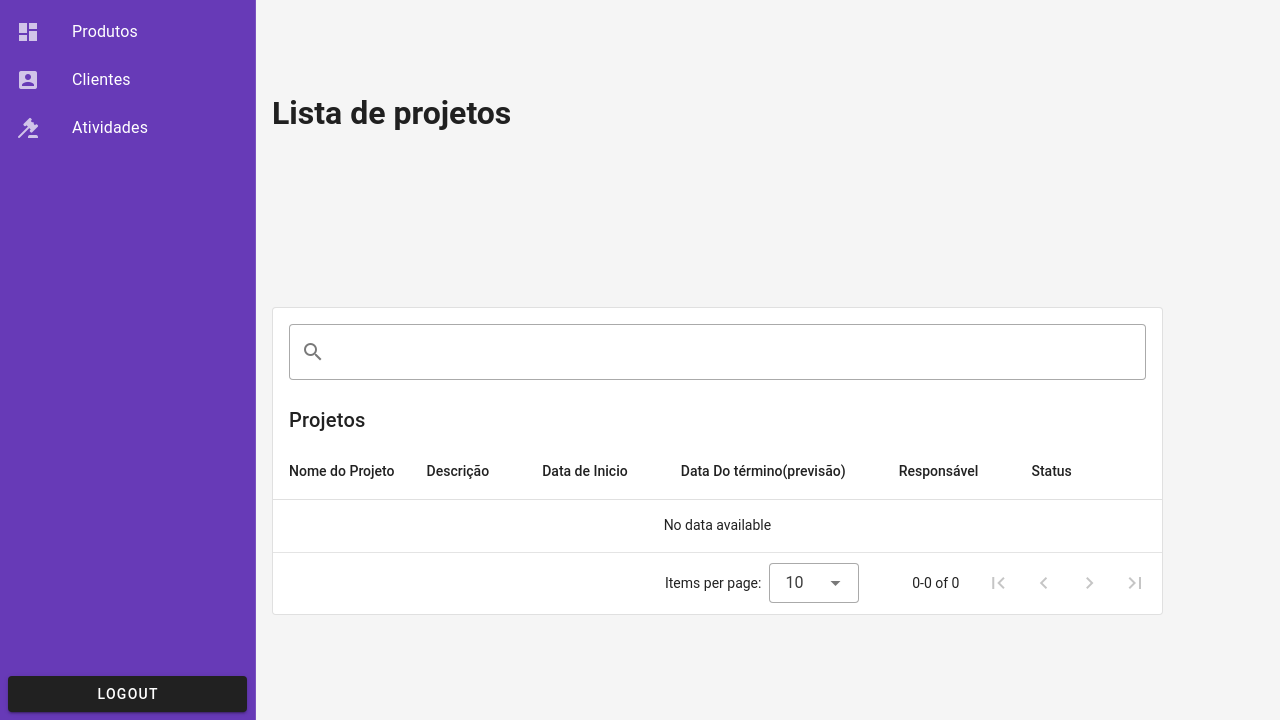
Repository: NtiSilva/Front_AG
Page: /products
The author's editor kept a copy of each file at every save. The page is drawn from the files as they stood at one save, then again after the next save.
The browser window is 1280 px wide. The pictures show the whole page.
The page's requests for data from a server got no answer. The project was rebuilt for these pictures with package versions that can differ from the ones it lists, and the page was loaded fresh each time. No one was signed in, and anything a server would have sent is missing. Also part of the build but not shown: vite.config.mjs, src/components/Alert.vue, src/components/Atividades/FormActivities.vue, src/components/Atividades/index.vue, src/components/Clientes/FormClient.vue, src/components/Dialog.vue, src/components/DialogRemove.vue, src/components/Clientes/ListClients.vue and 9 more.

Above is the page before, as saved 2024-06-19 19:13:06.

### src/main.js
import { createApp } from "vue";

import { registerPlugins } from "@/plugins";
import "./plugins/axios";

import App from "./App.vue";
import store from "./store";

const app = createApp(App).use(store);

registerPlugins(app);

app.mount("#app");

### src/plugins/axios.js
import axios from "axios";

axios.defaults.baseURL = import.meta.env.VITE_API_URL;

### src/App.vue
<template>
  <v-app>
    <v-navigation-drawer
      class="bg-deep-purple"
      theme="dark"
      permanent
    >
      <v-list color="transparent">
        <v-list-item prepend-icon="mdi-view-dashboard" title="Produtos" @click="navigateTo('/products')"></v-list-item>
        <v-list-item prepend-icon="mdi-account-box" title="Clientes" @click="navigateTo('/clients')"></v-list-item>
        <v-list-item prepend-icon="mdi-gavel" title="Atividades" @click="navigateTo('/activies')"></v-list-item>
      </v-list>

      <template v-slot:append>
        <div class="pa-2">
          <v-btn block @click="logout">
            Logout
          </v-btn>
        </div>
      </template>
    </v-navigation-drawer>

    <v-main class="main-content">
      <router-view />
    </v-main>
  </v-app>
</template>

<script>
export default {
  name: 'App',
  methods: {
    navigateTo(route) {
      this.$router.push(route);
    },
    logout() {
      // lógica para logout
    },
  },
};
</script>

<style>
html, body, #app {
  height: 100%;
  margin: 0;
}

.v-application {
  height: 100%;
}

.v-main {
  display: flex;
  flex-direction: column;
  height: 100%;
  background-color: #f5f5f5;
}

.v-navigation-drawer {
  height: 100%;
}
</style>

### src/store/index.js
import { createStore } from "vuex";
import activities from "./activities";
import clients from "./clients";
import productsModule from "./products";

export default createStore({
  modules: {
    activities,
    clients,
    productsModule,
  },
});

### src/plugins/vuetify.js
/**
 * plugins/vuetify.js
 *
 * Framework documentation: https://vuetifyjs.com`
 */

// Styles
import "@mdi/font/css/materialdesignicons.css";
import "vuetify/styles";

// Composables
import { createVuetify } from "vuetify";

// https://vuetifyjs.com/en/introduction/why-vuetify/#feature-guides
export default createVuetify({
  // theme: {
  //   defaultTheme: "",
  // },
});

### src/router/index.js
import { createRouter, createWebHistory } from "vue-router";
import Products from "@/pages/Products.vue";
import Activities from "@/pages/Activities.vue";
import Clients from "@/pages/Clients.vue";
import Home from "@/pages/HomePage.vue";

const routes = [
  {
    path: "/",
    name: "Home",
    component: Home,
  },
  {
    path: "/clients",
    name: "Clients",
    component: Clients,
  },
  {
    path: "/activities",
    name: "Activities",
    component: Activities,
  },
  {
    path: "/products",
    name: "Products",
    component: Products,
  },
];

const router = createRouter({
  history: createWebHistory(process.env.BASE_URL),
  routes,
});

export default router;

### src/store/activities.js
export default {
  state: {
    // state for module 1
  },
  mutations: {
    // mutations for module 1
  },
  actions: {
    // actions for module 1
  },
  getters: {
    // getters for module 1
  },
};

### src/store/clients.js
export default {
  state: {
    // state for module 1
  },
  mutations: {
    // mutations for module 1
  },
  actions: {
    // actions for module 1
  },
  getters: {
    // getters for module 1
  },
};

### src/store/products.js
import {
  getProducts,
  getProductById,
  createProduct,
  updateProduct,
  deleteProduct,
} from "@/services/productsServices";

const state = {
  products: [],
};

const mutations = {
  SET_PRODUCTS(state, products) {
    state.products = products;
  },
};

const actions = {
  testeAction({ commit }) {
    console.log("commit", commit);
  },
  async fetchProducts({ commit }) {
    console.log("buscou");
    try {
      const products = await getProducts(); // Chame a função getProducts()
      console.log("entrrou", products);
      commit("SET_PRODUCTS", products); // Corrija o nome do commit
    } catch (error) {
      console.error("Error fetching products:", error);
    }
  },
  async addProduct({ dispatch }, productData) {
    try {
      await createProduct(productData);
      dispatch("fetchProducts");
    } catch (error) {
      console.error("Error adding product:", error);
    }
  },
  async updateProduct({ dispatch }, { productId, productData }) {
    try {
      await updateProduct(productId, productData);
      dispatch("fetchProducts");
    } catch (error) {
      console.error("Error updating product:", error);
    }
  },
  async removeProduct({ dispatch }, productId) {
    try {
      await deleteProduct(productId);
      dispatch("fetchProducts");
    } catch (error) {
      console.error("Error removing product:", error);
    }
  },
};

const getters = {
  // Getters for products module
  getProductById: (state) => (productId) => {
    return state.products.find((product) => product.id === productId);
  },
};

const productsModule = {
  namespaced: true,
  state,
  mutations,
  actions,
  getters,
};

export default productsModule;

### src/pages/Products.vue
<template>
  <v-container class="fill-height">


        <h1 class="mb-6 text-brand">Lista de projetos</h1>

        <v-card flat class="border mb-4">
          <div class="d-flex justify-space-between">
            <v-card-title>Projetos</v-card-title>
            <created-client></created-client>
          </div>
          <template v-slot:text>
            <v-text-field
              v-model="search"
              label="Search"
              prepend-inner-icon="mdi-magnify"
              variant="outlined"
              hide-details
              single-line
            ></v-text-field>
          </template>

          <v-data-table
            :headers="headers"
            :items="products"
            :search="search"
          >

        </v-data-table>
        </v-card>


  </v-container>
</template>

<script>
import { mapState, mapActions } from 'vuex';

export default {
  name: "DashProducts",
  data() {
    return {
      headers: [
      {
        align: 'start',
        key: 'project_name',
        sortable: false,
        title: 'Nome do Projeto',
      },
      { key: 'project_description', title: 'Descrição' },
      { key: 'dt_init', title: 'Data de Inicio' },
      { key: 'dt_end', title: 'Data Do término(previsão)' },
      { key: 'client.name', title: 'Responsável' },
      { key: 'status', title: 'Status' },
      { key: 'config', title: ''},

    ]

    }
  },
  computed: {
    ...mapState('productsModule',['products'])
  },
  methods: {
    ...mapActions('productsModule',['fetchProducts', 'testeAction'])
  },
  mounted() {
    console.log('saiu')
    console.log('this', this.$store)
    this.testeAction();
    this.fetchProducts();
  }
};
</script>

### src/services/productsServices.js
// productsService.js
import axios from "axios";

const baseURL = "/project"; // Base URL for product endpoints

const getProducts = async () => {
  console.log("get");
  try {
    const response = await axios.get(`${baseURL}/all`);
    return response.data;
  } catch (error) {
    console.error("Erro ao buscar produtos:", error);
    throw error;
  }
};

const getProductById = async (productId) => {
  try {
    const response = await axios.get(`${baseURL}/${productId}`);
    return response.data;
  } catch (error) {
    console.error(`Erro ao buscar produto com ID ${productId}:`, error);
    throw error;
  }
};

const createProduct = async (productData) => {
  try {
    const response = await axios.post(`${baseURL}/add`, productData);
    return response.data;
  } catch (error) {
    console.error("Erro ao criar produto:", error);
    throw error;
  }
};

const updateProduct = async (productId, productData) => {
  try {
    const response = await axios.put(
      `${baseURL}/edit/${productId}`,
      productData
    );
    return response.data;
  } catch (error) {
    console.error(`Erro ao atualizar projeto com ID ${productId}:`, error);
    throw error;
  }
};

const deleteProduct = async (productId) => {
  try {
    const response = await axios.delete(`${baseURL}/delete/${productId}`);
    return response.data;
  } catch (error) {
    console.error(`Erro ao deletar projeto com ID ${productId}:`, error);
    throw error;
  }
};

export {
  getProducts,
  getProductById,
  createProduct,
  updateProduct,
  deleteProduct,
};

Loaded but not shown: index.html (common file); src/plugins/index.js (common file)

After the next save:
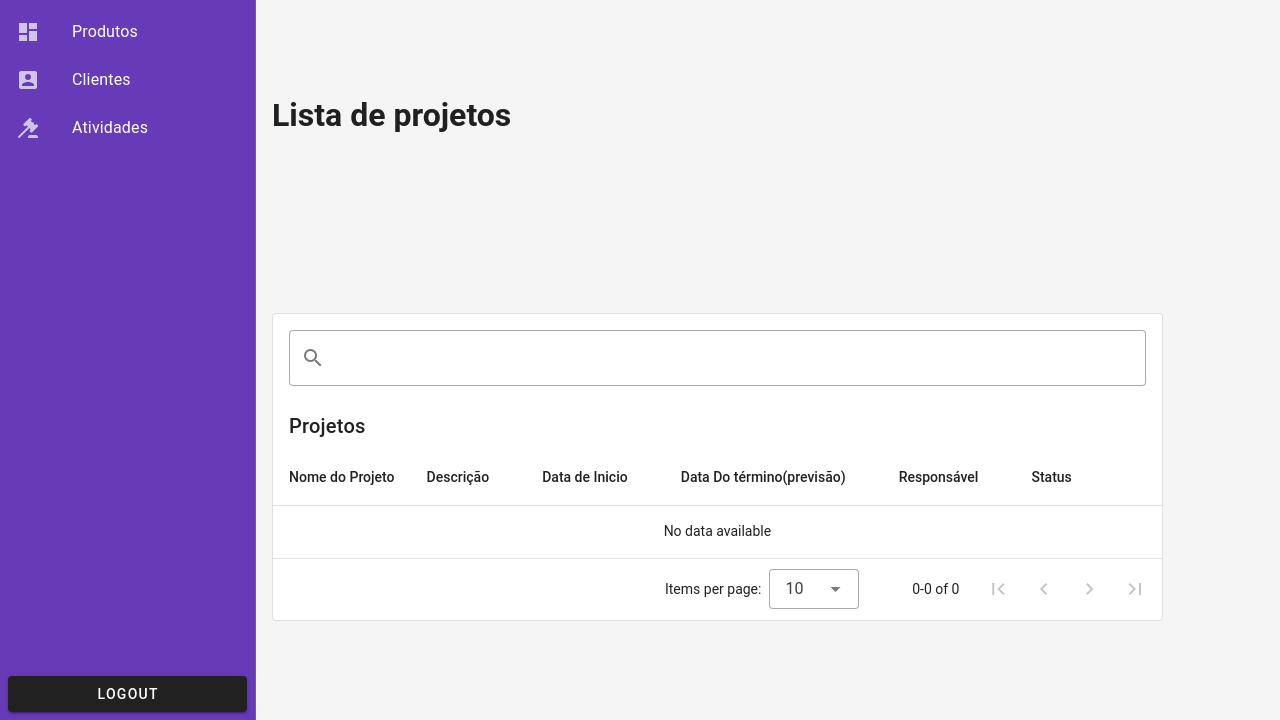
Saved 24 s later.
--- a/src/pages/Products.vue
+++ b/src/pages/Products.vue
@@ -4,7 +4,7 @@
 
         <h1 class="mb-6 text-brand">Lista de projetos</h1>
 
-        <v-card flat class="border mb-4">
+        <v-card flat class="border mb-2">
           <div class="d-flex justify-space-between">
             <v-card-title>Projetos</v-card-title>
             <created-client></created-client>
